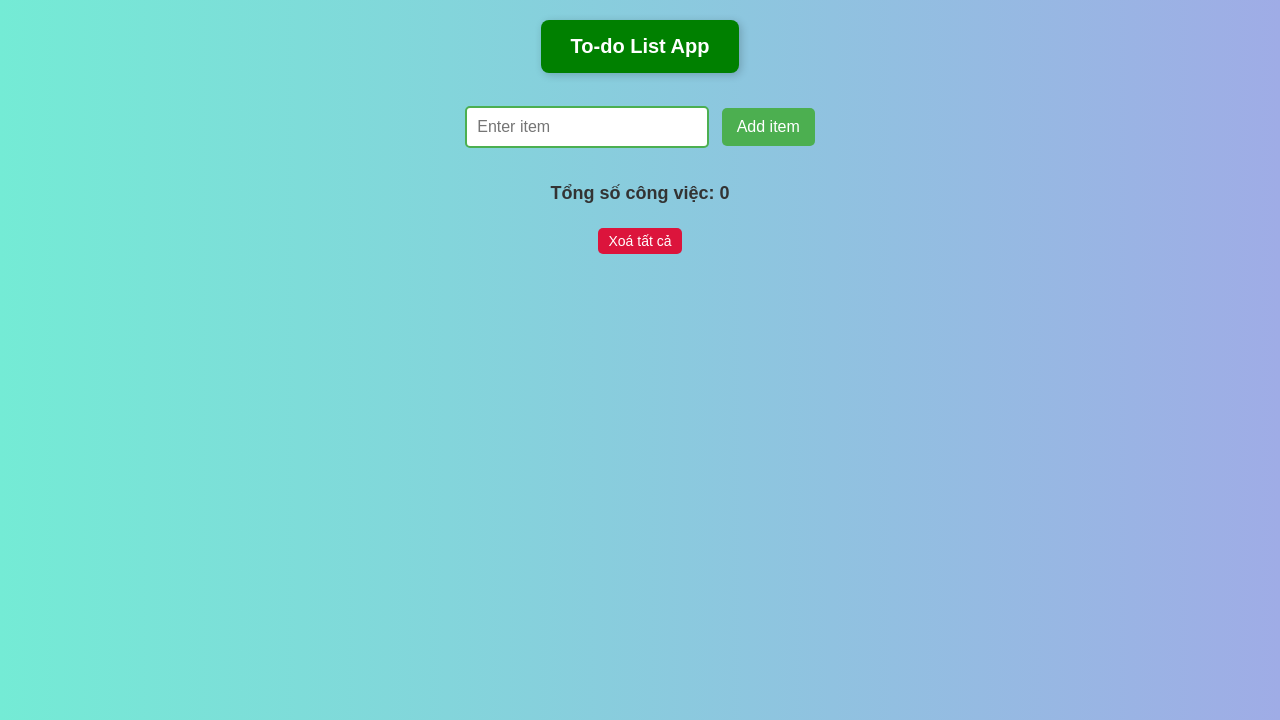
Repository: binhphanbp/WEB2064_JavaScript-Advanced_WD20305
Page: lesson4/lesson4.html
An editor plug-in stored every save of this project. The page is shown before and after the next save, followed by the edit.
The browser window is 1280 px wide. The pictures show the whole page.

Above is the page before, as saved 2025-09-24 12:31:14.

After the next save:
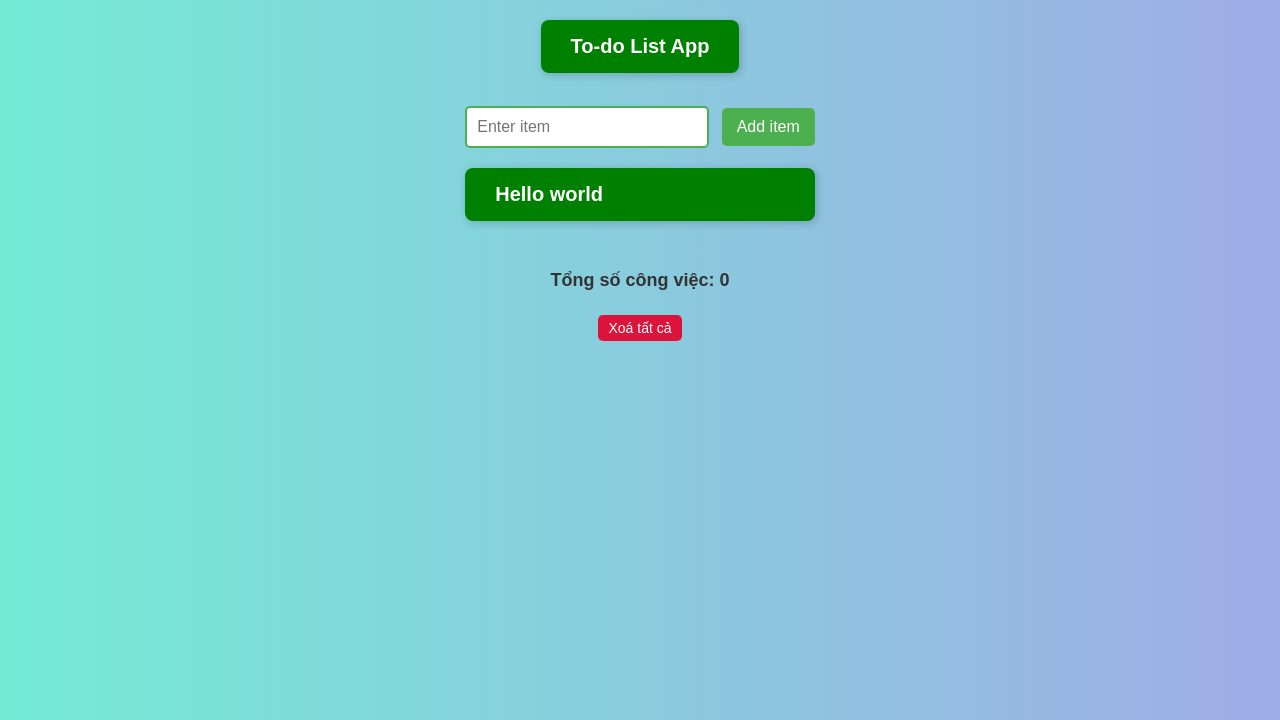
Saved 25 s later.
--- a/lesson4/lesson4.html
+++ b/lesson4/lesson4.html
@@ -201,6 +201,8 @@
 
       // 8. Sao chép phần tử
       const cloneH1Tag = h1Tag.cloneNode(true);
+      cloneH1Tag.innerText = 'Hello world';
+      divTodo.appendChild(cloneH1Tag);
     </script>
   </body>
 </html>
